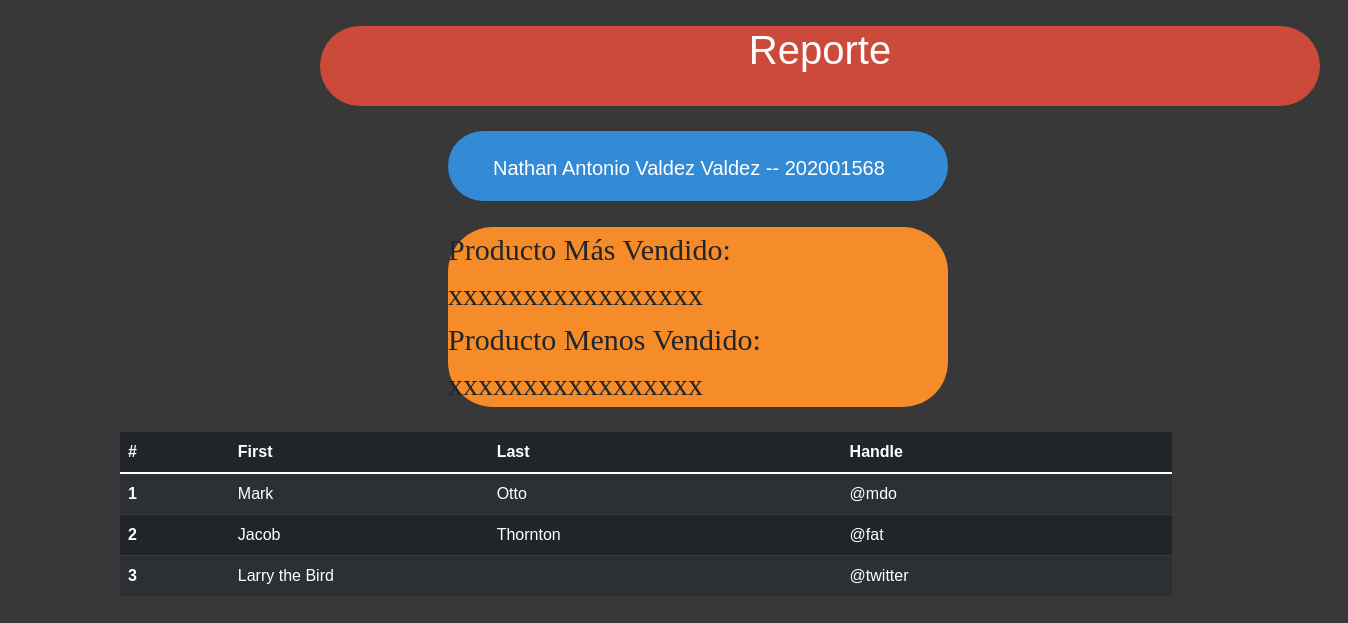
Repository: nathanvdev/LFP_PR_202001568
Page: plantilla.html
The author's editor kept a copy of each file at every save. The page is drawn from the files as they stood at one save, then again after a run of saves.
The browser window is 1280 px wide. The page is 1320 px wide, then 1348 px, so the pictures cover 1348 px, including what lies to the right of the window. The pictures show the whole page.

Above is the page before, as saved 2022-02-19 19:20:24.

### plantilla.html

<!DOCTYPE html>
<html lang="en">
<head>
    <meta charset="UTF-8">
    <meta http-equiv="X-UA-Compatible" content="IE=edge">
    <meta name="viewport" content="width=device-width, initial-scale=1.0">
    <link href="https://cdn.jsdelivr.net/npm/bootstrap@5.1.3/dist/css/bootstrap.min.css" rel="stylesheet" integrity="sha384-1BmE4kWBq78iYhFldvKuhfTAU6auU8tT94WrHftjDbrCEXSU1oBoqyl2QvZ6jIW3" crossorigin="anonymous">
    <title>Document</title>
</head>
<style>
    body{
        font-family: sans-serif;
    }
    .titlebox{
        background-color: rgb(204, 74, 57);
        height: 80px;
        width: 1000px;
        margin: 2%;
        margin-left: 25%;
        border-radius: 45px;

        text-align: center;
        display: flex;
        justify-content: center;
    }
    .PersonalInfo{
        background-color: rgb(50, 139, 212);
        height: 70px;
        width: 500px;
        margin: 2%;
        margin-top: 0px;
        margin-left: 35%;
        border-radius: 45px;

    }
    .tabla{
        width: 90%;
        height: auto;
        margin: 20px;
        padding-left: 100px;

    }
    .Datos{
        background-color: rgb(246, 140, 41);
        height: auto;
        width: 500px;
        margin: 2%;
        margin-top: 0px;
        margin-left: 35%;
        border-radius: 45px;
    }
    .productos{
        font-size: 30px;
        font-family: 'Times New Roman', Times, serif;

    }
</style>
<body style="background-color: rgb(56, 56, 56);">
    <div class="titlebox">
        <h1 style="color: white;">Reporte</h1>
    </div>
    <div class="PersonalInfo">
        <h3 style="color: white;
        margin: 5%; float: left; font-size: 20px; padding-left: 20px;">
            Nathan Antonio Valdez Valdez  --  202001568
        </h3>
    </div>

    <div class="Datos">
        <div class="productos">
            Producto Más Vendido:
            xxxxxxxxxxxxxxxxx
            <br>
            Producto Menos Vendido:
            xxxxxxxxxxxxxxxxx
        </div>
    </div>

    <div class="tabla">
    <table class="table table-dark table-striped">
        <thead>
          <tr>
            <th scope="col">#</th>
            <th scope="col">First</th>
            <th scope="col">Last</th>
            <th scope="col">Handle</th>
          </tr>
        </thead>
        <tbody>
          <tr>
            <th scope="row">1</th>
            <td>Mark</td>
            <td>Otto</td>
            <td>@mdo</td>
          </tr>
          <tr>
            <th scope="row">2</th>
            <td>Jacob</td>
            <td>Thornton</td>
            <td>@fat</td>
          </tr>
          <tr>
            <th scope="row">3</th>
            <td colspan="2">Larry the Bird</td>
            <td>@twitter</td>
          </tr>
        </tbody>
      </table>
    </div>
</body>
</html>

After the next 2 saves:
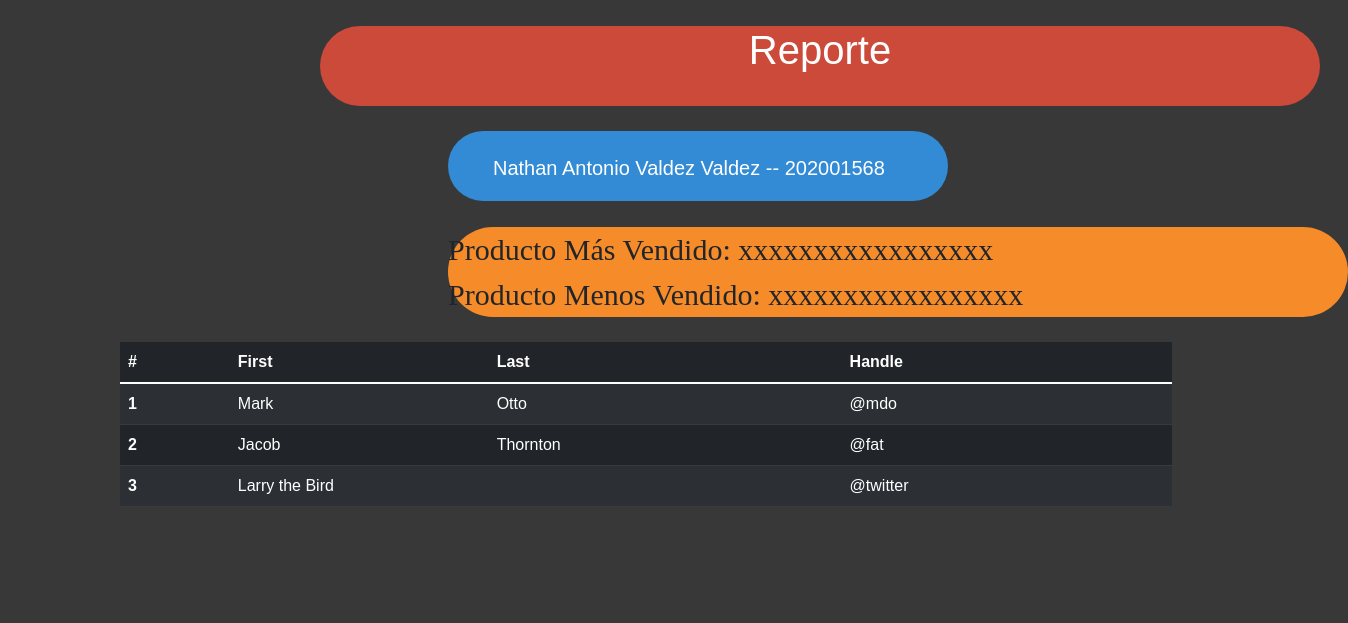
The 2 saves are shown as one change because they came seconds apart.
The last was saved 7 s later.
--- a/plantilla.html
+++ b/plantilla.html
@@ -44,7 +44,7 @@
     .Datos{
         background-color: rgb(246, 140, 41);
         height: auto;
-        width: 500px;
+        width: 900px;
         margin: 2%;
         margin-top: 0px;
         margin-left: 35%;
